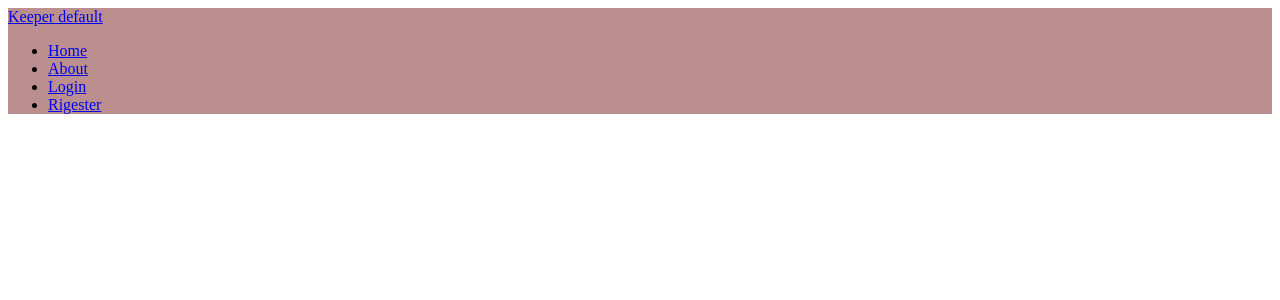
Repository: 3bdulrahman/contact-keeper
Page: / (app in client/)
These files come from the project's save history. The page is drawn as it stood at one moment and after the next save; the edit follows.
The browser window is 1280 px wide. The pictures show the whole page.
The project was rebuilt for these pictures with package versions that can differ from the ones it lists, and the page was loaded fresh each time.

Above is the page before, as saved 2020-03-29 20:35:24.

After the next save:
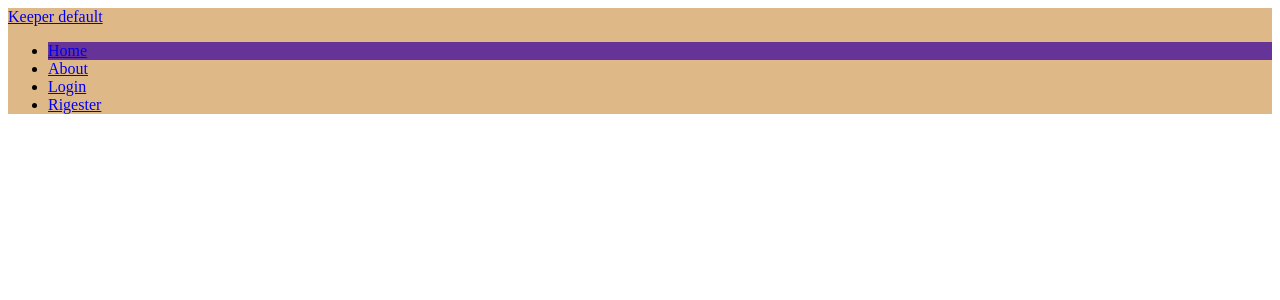
Saved 32 s later.
--- a/client/src/App.css
+++ b/client/src/App.css
@@ -1,6 +1,6 @@
 .navbar-default{
-     background-color:rosybrown
+     background-color:burlywood
 }
-li.active {
-     background-color:rosybrown
+.active {
+     background-color:rebeccapurple
 }
